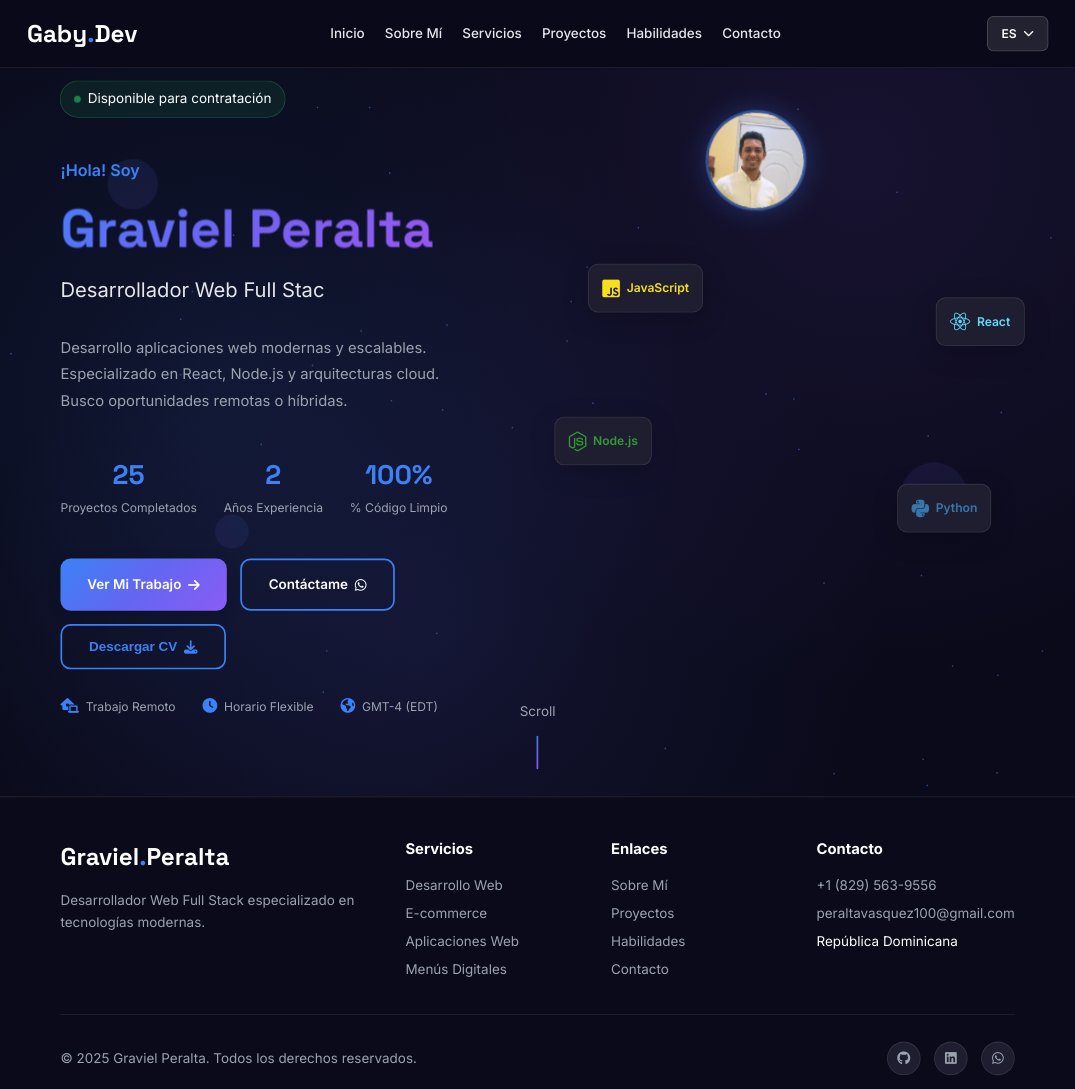
Repository: GravielPV/Portafolio--GabyDev
Page: index.html
These files come from the project's save history. The page is drawn as it stood at one moment and after the next save; the edit follows.
The browser window is 1280 px wide. The pictures show the whole page, at 84% of full size.

Above is the page before, as saved 2025-10-04 21:18:36.

### index.html
<!DOCTYPE html>
<html lang="es">
<head>
    <meta charset="UTF-8">
    <meta name="viewport" content="width=device-width, initial-scale=1.0">
    <meta name="description" content="Graviel Peralta - Desarrollador Web Full Stack | React, Node.js, Python | Disponible para contratación | Portfolio profesional con proyectos reales">
    <meta name="keywords" content="desarrollador web, programador full stack, React developer, Node.js, Python, freelance, contratación, portfolio, República Dominicana">
    <meta name="author" content="Graviel Peralta">

    <!-- Open Graph / Facebook -->
    <meta property="og:type" content="website">
    <meta property="og:url" content="https://tudominio.com/">
    <meta property="og:title" content="Graviel Peralta - Desarrollador Web Full Stack | Disponible para Contratación">
    <meta property="og:description" content="Desarrollador Full Stack con 2+ años de experiencia. Especializado en React, Node.js y Python. Portfolio con +25 proyectos reales.">
    <meta property="og:image" content="https://tudominio.com/assets/profile-photo.jpg">

    <!-- Twitter -->
    <meta property="twitter:card" content="summary_large_image">
    <meta property="twitter:url" content="https://tudominio.com/">
    <meta property="twitter:title" content="Graviel Peralta - Desarrollador Web Full Stack">
    <meta property="twitter:description" content="Desarrollador Full Stack disponible para contratación. React, Node.js, Python.">
    <meta property="twitter:image" content="https://tudominio.com/assets/profile-photo.jpg">

    <!-- Schema.org for Google -->
    <script type="application/ld+json">
    {
      "@context": "https://schema.org/",
      "@type": "Person",
      "name": "Graviel Peralta",
      "url": "https://tudominio.com",
      "image": "https://tudominio.com/assets/profile-photo.jpg",
      "jobTitle": "Full Stack Web Developer",
      "worksFor": {
        "@type": "Organization",
        "name": "Freelance"
      },
      "address": {
        "@type": "PostalAddress",
        "addressCountry": "DO"
      },
      "email": "peraltavasquez100@gmail.com",
      "telephone": "+18295639556",
      "sameAs": [
        "https://github.com/GravielPV",
        "https://www.linkedin.com/in/graviel-peralta-19356b173/"
      ],
      "knowsAbout": ["Web Development", "React", "Node.js", "Python", "JavaScript", "Full Stack Development"]
    }
    </script>

    <title>Graviel Peralta | Desarrollador Full Stack - Disponible para Contratación</title>

    <!-- Favicon -->
    <link rel="icon" type="image/x-icon" href="assets/favicon.ico">

    <!-- Google Fonts -->
    <link rel="preconnect" href="https://fonts.googleapis.com">
    <link rel="preconnect" href="https://fonts.gstatic.com" crossorigin>
    <link href="https://fonts.googleapis.com/css2?family=Inter:wght@100;200;300;400;500;600;700;800;900&family=Space+Grotesk:wght@300;400;500;600;700&display=swap" rel="stylesheet">

    <!-- Font Awesome -->
    <link rel="stylesheet" href="https://cdnjs.cloudflare.com/ajax/libs/font-awesome/6.4.0/css/all.min.css">

    <!-- AOS Animation Library -->
    <link href="https://unpkg.com/aos@2.3.1/dist/aos.css" rel="stylesheet">

    <!-- Custom CSS -->
    <link rel="stylesheet" href="css/style.css">
</head>
<body>
    <!-- Loading Screen -->
    <div id="loading-screen">
        <div class="loader">
            <div class="loader-inner">
                <span>G</span>
                <span>P</span>
            </div>
        </div>
    </div>

    <!-- Navigation -->
    <nav class="navbar" id="navbar">
        <div class="nav-container">
            <div class="nav-logo">
                <a href="#home">
                    <span class="logo-text">Gaby<span class="accent">.</span>Dev</span>
                </a>
            </div>

            <ul class="nav-menu">
                <li class="nav-item">
                    <a href="index.html" class="nav-link active" data-translate="nav-inicio">Inicio</a>
                </li>
                <li class="nav-item">
                    <a href="about.html" class="nav-link" data-translate="nav-sobre">Sobre Mí</a>
                </li>
                <li class="nav-item">
                    <a href="services.html" class="nav-link" data-translate="nav-servicios">Servicios</a>
                </li>
                <li class="nav-item">
                    <a href="projects.html" class="nav-link" data-translate="nav-proyectos">Proyectos</a>
                </li>
                <li class="nav-item">
                    <a href="skills.html" class="nav-link" data-translate="nav-habilidades">Habilidades</a>
                </li>
                <li class="nav-item">
                    <a href="contact.html" class="nav-link" data-translate="nav-contacto">Contacto</a>
                </li>
            </ul>

            <!-- Language Selector -->
            <div class="language-selector">
                <div class="language-toggle" id="languageToggle">
                    <span class="current-lang">ES</span>
                    <i class="fas fa-chevron-down"></i>
                </div>
                <div class="language-dropdown" id="languageDropdown">
                    <a href="#" class="lang-option active" data-lang="es">
                        <img src="https://flagcdn.com/w20/es.png" alt="Español">
                        <span>Español</span>
                    </a>
                    <a href="#" class="lang-option" data-lang="en">
                        <img src="https://flagcdn.com/w20/us.png" alt="English">
                        <span>English</span>
                    </a>
                </div>
            </div>

            <div class="nav-toggle">
                <span class="bar"></span>
                <span class="bar"></span>
                <span class="bar"></span>
            </div>
        </div>
    </nav>

    <!-- Mobile Menu Overlay -->
    <div class="nav-overlay"></div>

    <!-- Hero Section -->
    <section id="home" class="hero">
        <div class="hero-background">
            <div class="hero-particles"></div>
            <div class="floating-shapes">
                <div class="shape shape-1"></div>
                <div class="shape shape-2"></div>
                <div class="shape shape-3"></div>
                <div class="profile-circle">
                    <img src="Foto.jpeg" alt="Graviel Peralta - Desarrollador Full Stack" class="profile-image">
                </div>
            </div>
        </div>

        <div class="container">
            <div class="hero-content">
                <div class="hero-text" data-aos="fade-up" data-aos-delay="200">
                    <!-- Badge de Disponibilidad -->
                    <div class="availability-badge">
                        <span class="status-dot"></span>
                        <span data-translate="hero-available">Disponible para contratación</span>
                    </div>

                    <span class="hero-greeting" data-translate="hero-greeting">¡Hola! Soy</span>
                    <h1 class="hero-title">
                        <span class="name-animation">Graviel Peralta</span>
                    </h1>
                    <div class="hero-subtitle">
                        <span class="typing-animation" data-translate="hero-role">Desarrollador Web Full Stack</span>
                    </div>
                    <p class="hero-description" data-translate="hero-description">
                        Desarrollo aplicaciones web modernas y escalables.
                        Especializado en React, Node.js y arquitecturas cloud.
                        <strong>Busco oportunidades remotas o híbridas.</strong>
                    </p>

                    <div class="hero-stats">
                        <div class="stat-item">
                            <span class="stat-number" data-count="25">0</span>
                            <span class="stat-label" data-translate="stat-projects">Proyectos Completados</span>
                        </div>
                        <div class="stat-item">
                            <span class="stat-number" data-count="2">0</span>
                            <span class="stat-label" data-translate="stat-experience">Años Experiencia</span>
                        </div>
                        <div class="stat-item">
                            <span class="stat-number" data-count="100">0</span>
                            <span class="stat-label" data-translate="stat-code">% Código Limpio</span>
                        </div>
                    </div>

                    <div class="hero-buttons">
                        <a href="projects.html" class="btn btn-primary">
                            <span data-translate="btn-work">Ver Mi Trabajo</span>
                            <i class="fas fa-arrow-right"></i>
                        </a>
                        <a href="contact.html" class="btn btn-secondary">
                            <span data-translate="btn-contact">Contáctame</span>
                            <i class="fab fa-whatsapp"></i>
                        </a>
                        <button onclick="downloadCV()" class="btn btn-outline">
                            <span data-translate="btn-cv">Descargar CV</span>
                            <i class="fas fa-download"></i>
                        </button>
                    </div>

                    <!-- Work Mode Info -->
                    <div class="work-mode-info" data-aos="fade-up" data-aos-delay="400">
                        <div class="work-mode-item">
                            <i class="fas fa-laptop-house"></i>
                            <span data-translate="work-remote">Trabajo Remoto</span>
                        </div>
                        <div class="work-mode-item">
                            <i class="fas fa-clock"></i>
                            <span data-translate="work-flexible">Horario Flexible</span>
                        </div>
                        <div class="work-mode-item">
                            <i class="fas fa-globe-americas"></i>
                            <span data-translate="work-timezone">GMT-4 (EDT)</span>
                        </div>
                    </div>
                </div>

                <div class="hero-image" data-aos="fade-left" data-aos-delay="400">
                    <div class="image-container">
                        <div class="floating-card card-1">
                            <i class="fab fa-js-square"></i>
                            <span>JavaScript</span>
                        </div>
                        <div class="floating-card card-2">
                            <i class="fab fa-react"></i>
                            <span>React</span>
                        </div>
                        <div class="floating-card card-3">
                            <i class="fab fa-node-js"></i>
                            <span>Node.js</span>
                        </div>
                        <div class="floating-card card-4">
                            <i class="fab fa-python"></i>
                            <span>Python</span>
                        </div>
                    </div>
                </div>
            </div>
        </div>

        <div class="scroll-indicator">
            <span>Scroll</span>
            <div class="scroll-line"></div>
        </div>
    </section>

    <!-- Footer -->
    <footer class="footer">
        <div class="container">
            <div class="footer-content">
                <div class="footer-brand">
                    <h3>Graviel<span class="accent">.</span>Peralta</h3>
                    <p data-translate="footer-desc">Desarrollador Web Full Stack especializado en tecnologías modernas.</p>
                </div>

                <div class="footer-links">
                    <div class="footer-section">
                        <h4 data-translate="footer-services">Servicios</h4>
                        <ul>
                            <li><a href="services.html">Desarrollo Web</a></li>
                            <li><a href="services.html">E-commerce</a></li>
                            <li><a href="services.html">Aplicaciones Web</a></li>
                            <li><a href="services.html">Menús Digitales</a></li>
                        </ul>
                    </div>

                    <div class="footer-section">
                        <h4 data-translate="footer-links">Enlaces</h4>
                        <ul>
                            <li><a href="about.html" data-translate="nav-sobre">Sobre Mí</a></li>
                            <li><a href="projects.html" data-translate="nav-proyectos">Proyectos</a></li>
                            <li><a href="skills.html" data-translate="nav-habilidades">Habilidades</a></li>
                            <li><a href="contact.html" data-translate="nav-contacto">Contacto</a></li>
                        </ul>
                    </div>

                    <div class="footer-section">
                        <h4 data-translate="footer-contact">Contacto</h4>
                        <ul>
                            <li><a href="https://wa.me/18295639556" target="_blank">+1 (829) 563-9556</a></li>
                            <li><a href="mailto:peraltavasquez100@gmail.com">peraltavasquez100@gmail.com</a></li>
                            <li>República Dominicana</li>
                        </ul>
                    </div>
                </div>
            </div>

            <div class="footer-bottom">
                <p>&copy; 2025 Graviel Peralta. Todos los derechos reservados.</p>
                <div class="footer-social">
                    <a href="https://github.com/GravielPV" target="_blank" aria-label="GitHub"><i class="fab fa-github"></i></a>
                    <a href="https://www.linkedin.com/in/graviel-peralta-19356b173/" target="_blank" aria-label="LinkedIn"><i class="fab fa-linkedin"></i></a>
                    <a href="https://wa.me/18295639556" target="_blank" aria-label="WhatsApp"><i class="fab fa-whatsapp"></i></a>
                </div>
            </div>
        </div>
    </footer>

    <!-- Back to Top Button -->
    <button id="backToTop" class="back-to-top" aria-label="Volver arriba">
        <i class="fas fa-chevron-up"></i>
    </button>

    <!-- Scripts -->
    <script src="https://unpkg.com/aos@2.3.1/dist/aos.js"></script>
    <script src="js/script.js"></script>
</body>
</html>

Loaded but not shown: js/script.js (1707 lines, source omitted); css/style.css (3827 lines, source omitted)

After the next save:
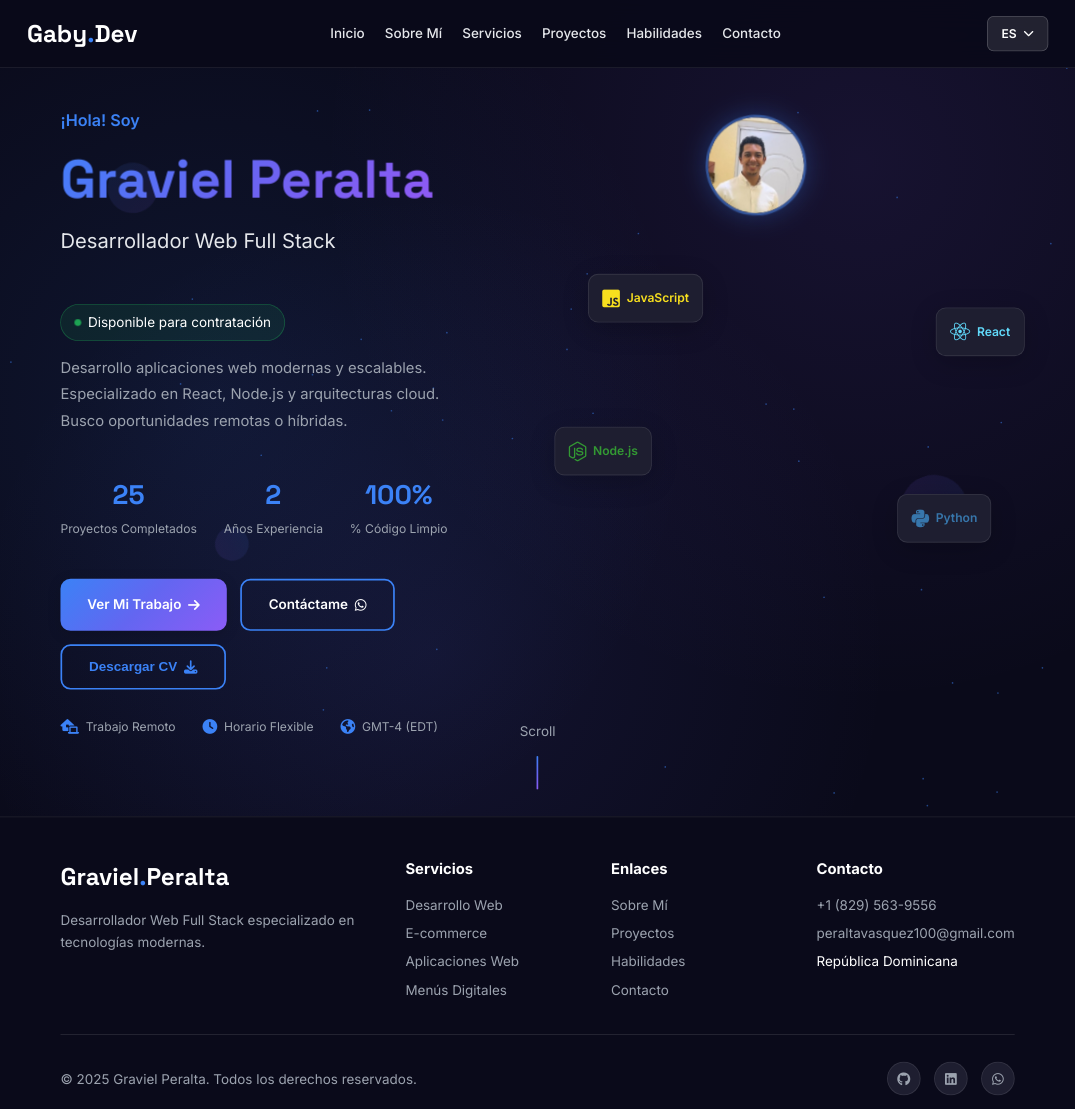
Saved 68 min 56 s later.
--- a/index.html
+++ b/index.html
@@ -154,12 +154,6 @@
         <div class="container">
             <div class="hero-content">
                 <div class="hero-text" data-aos="fade-up" data-aos-delay="200">
-                    <!-- Badge de Disponibilidad -->
-                    <div class="availability-badge">
-                        <span class="status-dot"></span>
-                        <span data-translate="hero-available">Disponible para contratación</span>
-                    </div>
-
                     <span class="hero-greeting" data-translate="hero-greeting">¡Hola! Soy</span>
                     <h1 class="hero-title">
                         <span class="name-animation">Graviel Peralta</span>
@@ -167,6 +161,13 @@
                     <div class="hero-subtitle">
                         <span class="typing-animation" data-translate="hero-role">Desarrollador Web Full Stack</span>
                     </div>
+
+                    <!-- Badge de Disponibilidad - Movido aquí para mejor visibilidad mobile -->
+                    <div class="availability-badge" style="margin-top: 1.5rem;">
+                        <span class="status-dot"></span>
+                        <span data-translate="hero-available">Disponible para contratación</span>
+                    </div>
+
                     <p class="hero-description" data-translate="hero-description">
                         Desarrollo aplicaciones web modernas y escalables.
                         Especializado en React, Node.js y arquitecturas cloud.
